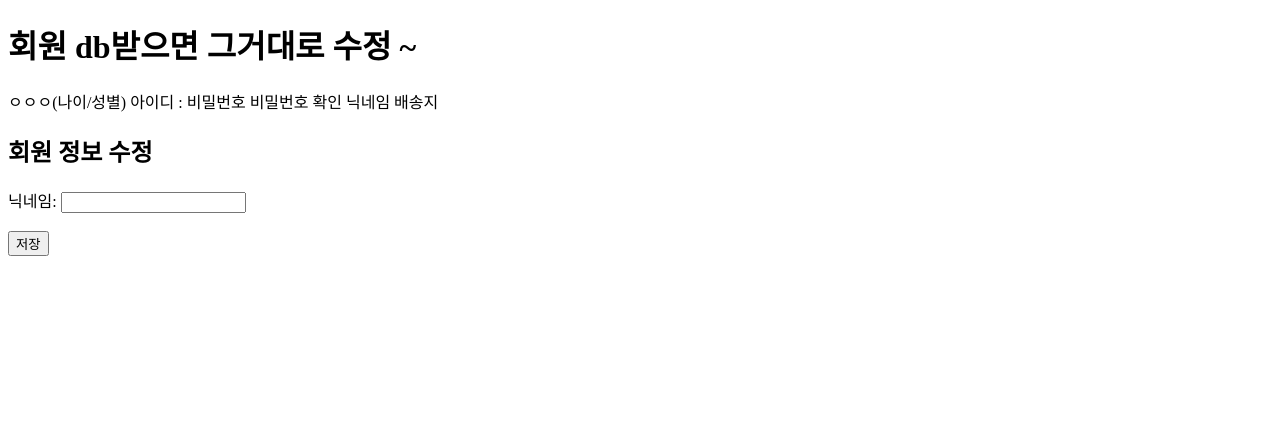
Repository: tnal465/javapj
Page: mergeproject/src/main/webapp/WEB-INF/views/user/userEditForm.html
These files come from the project's save history. The page is drawn as it stood at one moment and after the next save; the edit follows.
The browser window is 1280 px wide. The pictures show the whole page.

Above is the page before, as saved 2025-03-07 17:12:25.

After the next save:
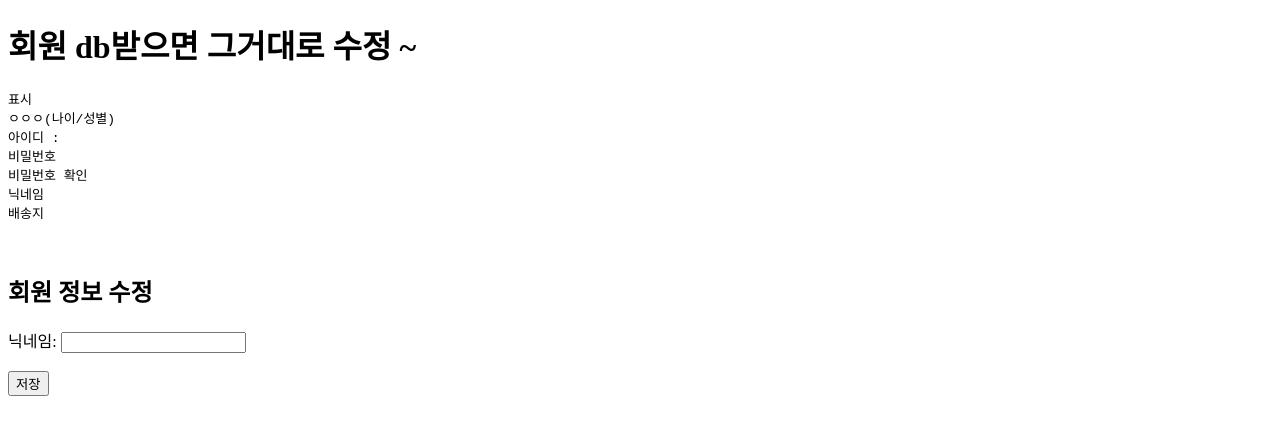
Saved 63 s later.
--- a/mergeproject/src/main/webapp/WEB-INF/views/user/userEditForm.html
+++ b/mergeproject/src/main/webapp/WEB-INF/views/user/userEditForm.html
@@ -6,12 +6,16 @@
 </head>
 <body>
 <h1>회원 db받으면 그거대로 수정 ~ </h1>
+<pre>
+표시
 ㅇㅇㅇ(나이/성별)
 아이디 :
 비밀번호
 비밀번호 확인
 닉네임
 배송지
+</pre>
+<br>
 <h2>회원 정보 수정</h2>
     <form id="userEditForm" action="/user/save" method="post">
         <label for="nickname">닉네임:</label>
